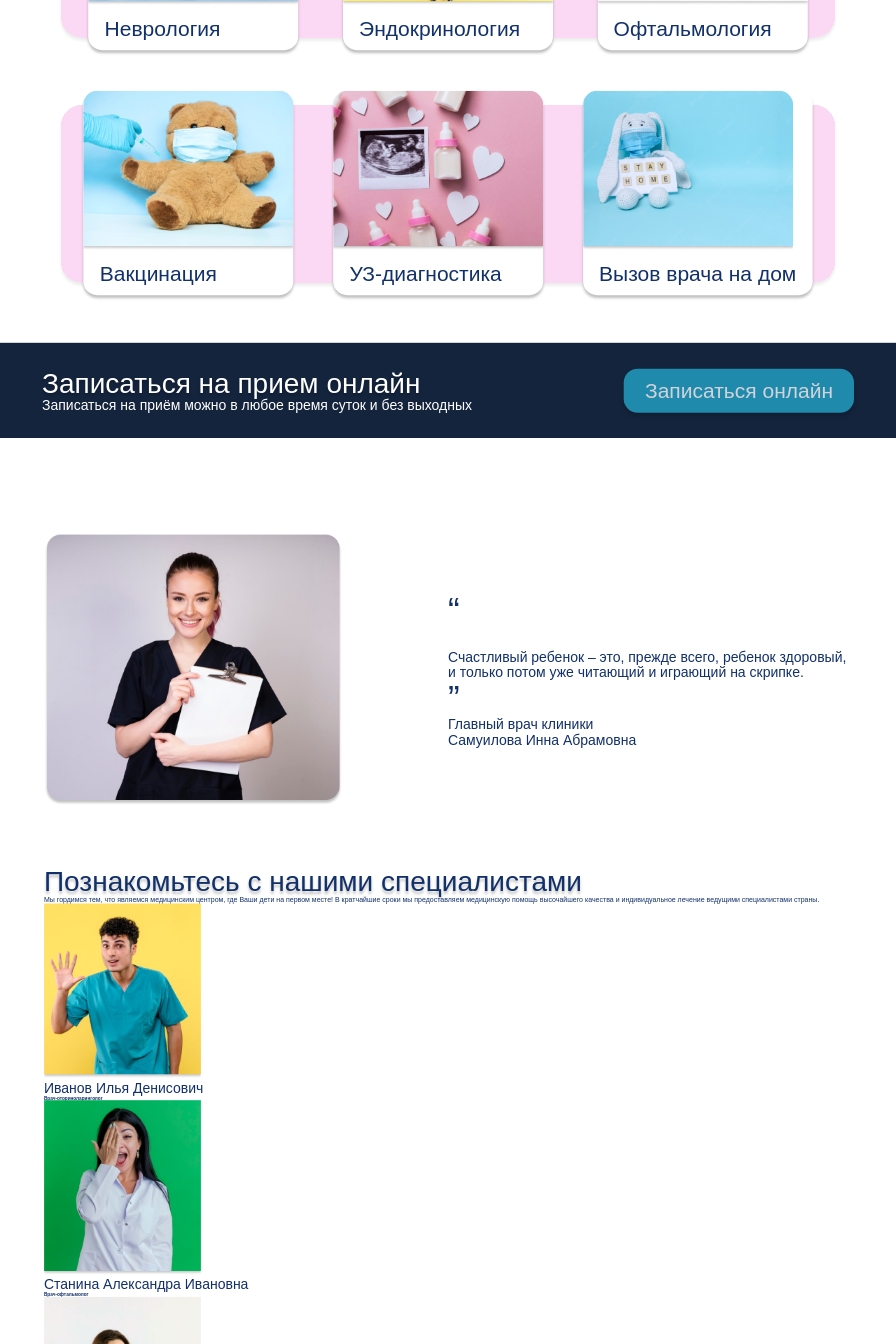
Repository: Normandy72/Landing-Page-Happy-Child
Page: index.html
An editor plug-in stored every save of this project. The page is shown before and after the next save, followed by the edit.
The browser window is 1280 px wide. The pictures show the part of the page from y = 2174 to 4094 px (the page is 8064 px tall), at 70% of full size.
Some web fonts or font styles are not loaded; a fallback is used.

Above is the page before, as saved 2022-11-12 14:27:07.

After the next save:
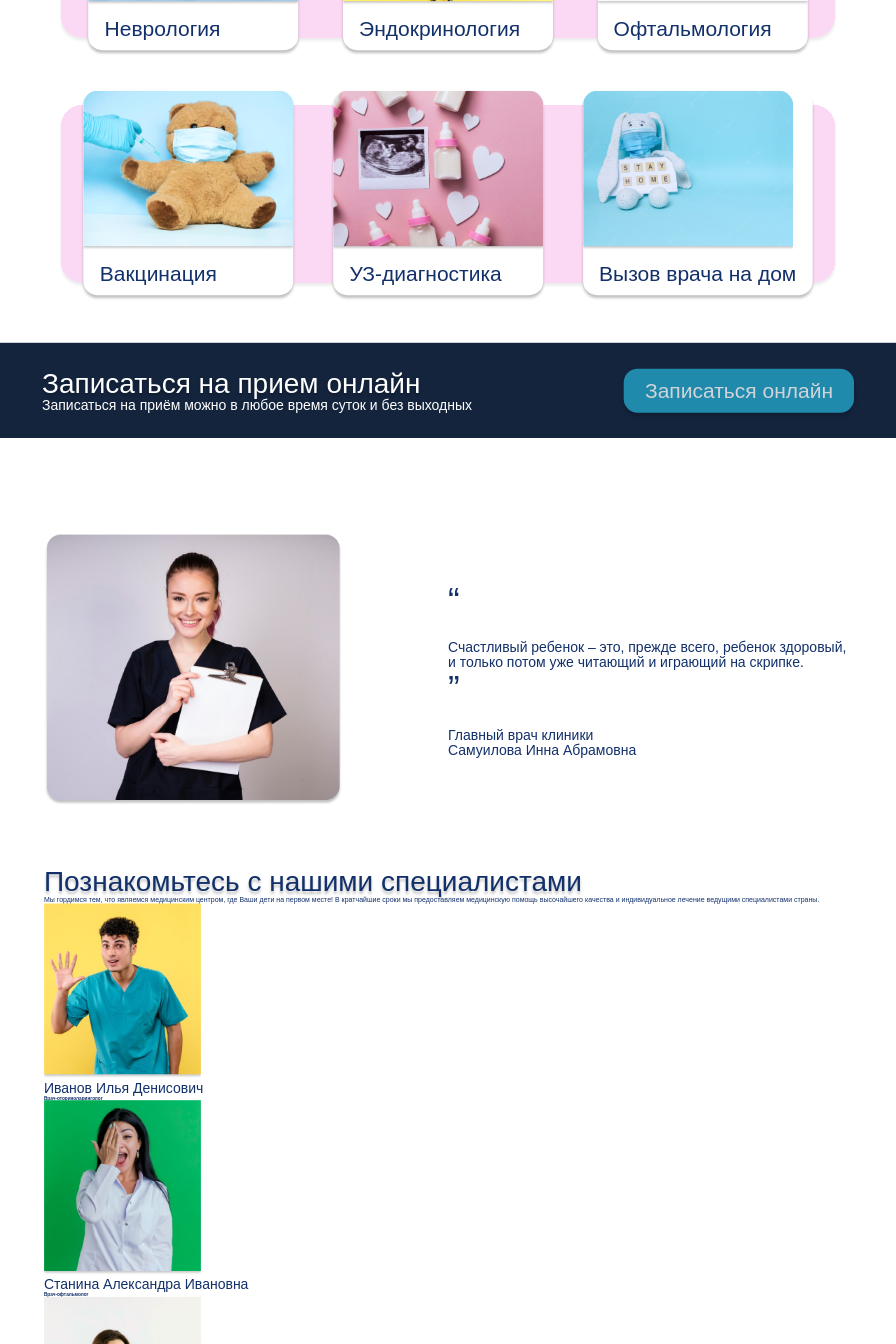
Saved 21 s later.
--- a/styles/section_chief.css
+++ b/styles/section_chief.css
@@ -15,12 +15,8 @@
     width: 50%;
 }
 
-.text__lines:nth-child(1){
+.text__lines{
     padding-bottom: 30px;
-}
-
-.text__lines:nth-child(2){
-    padding-top: 30px;
 }
 
 .text__lines p{
